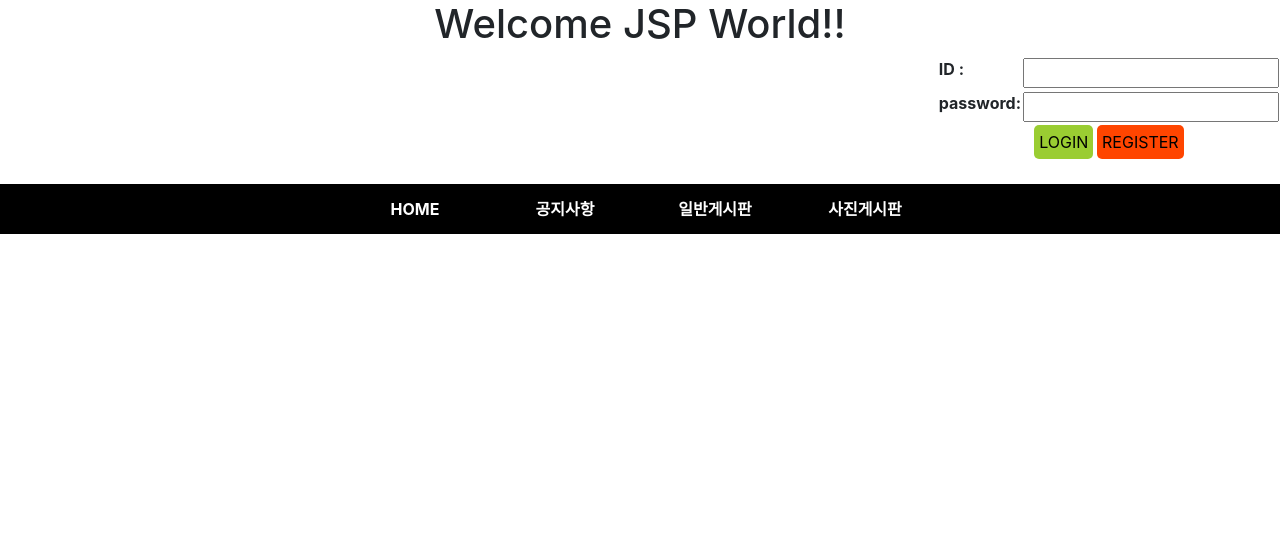
Repository: BrianH29/BH_webserver_workspace2
Page: http://localhost/jspProject/views/notice/noticeDetailView.jsp
These files come from the project's save history. The page is drawn as it stood at one moment and after the next save; the edit follows.
The browser window is 1280 px wide. The pictures show the whole page.
The page is served by Tomcat 9. Other server files are loaded and not shown.

Above is the page before, as saved 2020-09-08 04:57:10.

### jspProject/WebContent/views/notice/noticeDetailView.jsp
<%@ page language="java" contentType="text/html; charset=UTF-8"
    pageEncoding="UTF-8"%>
<!DOCTYPE html>
<html>
<head>
<meta charset="UTF-8">
<title>Insert title here</title>
</head>
<body>
	<%@ include file="../common/menubar.jsp" %>

</body>
</html>

### jspProject/WebContent/views/common/menubar.jsp
<%@ page language="java" contentType="text/html; charset=UTF-8"
	pageEncoding="UTF-8"%>
<%@page import="com.kh.member.model.vo.Member" %>
<%
	String contextPath = request.getContextPath();

	Member loginUser = (Member)session.getAttribute("loginUser");
	// 로그인 전 : null
	// 로그인 후 : 로그인 성공한 회원정보들이 담겨있는 객체

	String alertMsg = (String)session.getAttribute("alertMsg");
	// > 서비스 요청 전: null
	// > 서비스 요청 성공 후 : alert띄어줄 메시지 문구
%>
<!DOCTYPE html>
<html>
<head>
<meta charset="UTF-8">
<title>Insert title here</title>
<style>
#loginForm, #userInfo {
	float: right;
}

#loginForm button {
	border: none;
	padding: 5px;
	border-radius: 5px;
}

#loginForm button:first-child {
	background: yellowgreen;
}

#loginForm button:last-child {
	background: orangered;
}

#userInfo a {
	color: black;
	text-decoration: none;
	font-size: 12px;
}

.navWrap {
	background: black;
}

.menu {
	display: table-cell;
	height: 50px;
	width: 150px;
}

.menu a {
	text-decoration: none;
	color: white;
	font-weight: bold;
	font-size: 16px;
	display: block;
	width: 100%;
	height: 100%;
	line-height: 50px;
}

.menu a:hover{text-decoration:none; color:white;}
.menu:hover {
	background: darkgrey;
}
</style>
<link rel="stylesheet" href="https://maxcdn.bootstrapcdn.com/bootstrap/4.5.2/css/bootstrap.min.css">
    <script src="https://ajax.googleapis.com/ajax/libs/jquery/3.5.1/jquery.min.js"></script>
    <script src="https://cdnjs.cloudflare.com/ajax/libs/popper.js/1.16.0/umd/popper.min.js"></script>
    <script src="https://maxcdn.bootstrapcdn.com/bootstrap/4.5.2/js/bootstrap.min.js"></script>

<script>
	$(function(){
		var msg = "<%= alertMsg %>"; //자바스크립트 변수

		if(msg != "null"){ // msg가 담겨있을 경우
			alert(msg);
			//알람창 띄어준 후에 session에 담긴 메세지 지워야됨
			//안그러면 menubar.jsp가 포함되어있는 페이지 열때마나다 alert 계속뜰거임
			<% session.removeAttribute("alertMsg"); %>
		}
	});//e.function
</script>
</head>
<body>
	<h1 align="center">Welcome JSP World!!</h1>

	<div class="loginArea">

		<% if(loginUser == null) { %>

		<!-- 1. 로그인 전에 보여지는 로그인 form -->
		<form id="loginForm" action="<%=request.getContextPath() %>/login.me" method="post">
			<table>
				<tr>
					<th><label for="userId">ID : </label></th>
					<td><input type="text" id="userId" name="userId" required></td>
				</tr>
				<tr>
					<th><label for="userPwd">password:</label></th>
					<td><input type="password" id="userPwd" name="userPwd"
						required></td>
				</tr>
				<tr>
					<th colspan="2" style="text-align:center;">
						<button type="submit">LOGIN</button>
						<button type="button" onclick="enrollPage();">REGISTER</button>
					</th>
				</tr>
			</table>
		</form>
		<script>
			function enrollPage(){
				//location.href="/jsp/views/member/memberEnrollForm.jsp";
				// 웹 어플리케이션의 디렉토리 구조가 url에 노출되면 보안에 위험

				// 단순한 정적인 페이지 이동이라고 해도 반드시 servlet 거쳐갈것!! => url에	 서블릿 매핑값만 노출됨!
				location.href="<%=request.getContextPath()%>/enrollForm.me";

			}
		</script>
		<%} else { %>
		<!-- 2.로그인 성공 후 보여지는 div-->
        <div id="userInfo">
            <b><%=loginUser.getUserName() %>님</b>의 방문을 환영합니다. <br><br>

            <div align="center">
                <a href="<%= contextPath %>/myPage.me">MyPage</a>
                <a href="<%=request.getContextPath() %>/logout.me">Logout</a>
            </div>
        </div>
		<%} %>

	</div> <!-- e.loginArea -->

	<br clear="both">
	<!-- 위 내용들 무시-->
	<br>

	<div class="navWrap" align="center">
		<div class="menu">
			<a href="<%= contextPath%>">HOME</a>
		</div>
		<div class="menu">
			<a href="<%= contextPath %>/list.no">공지사항</a>
		</div>
		<div class="menu">
			<a href="<%= contextPath%>/list.bo?currentPage=1">일반게시판</a>
		</div>
		<div class="menu">
			<a href="<%=contextPath%>/list.th">사진게시판</a>
		</div>
	</div>
</body>
</html>

After the next save:
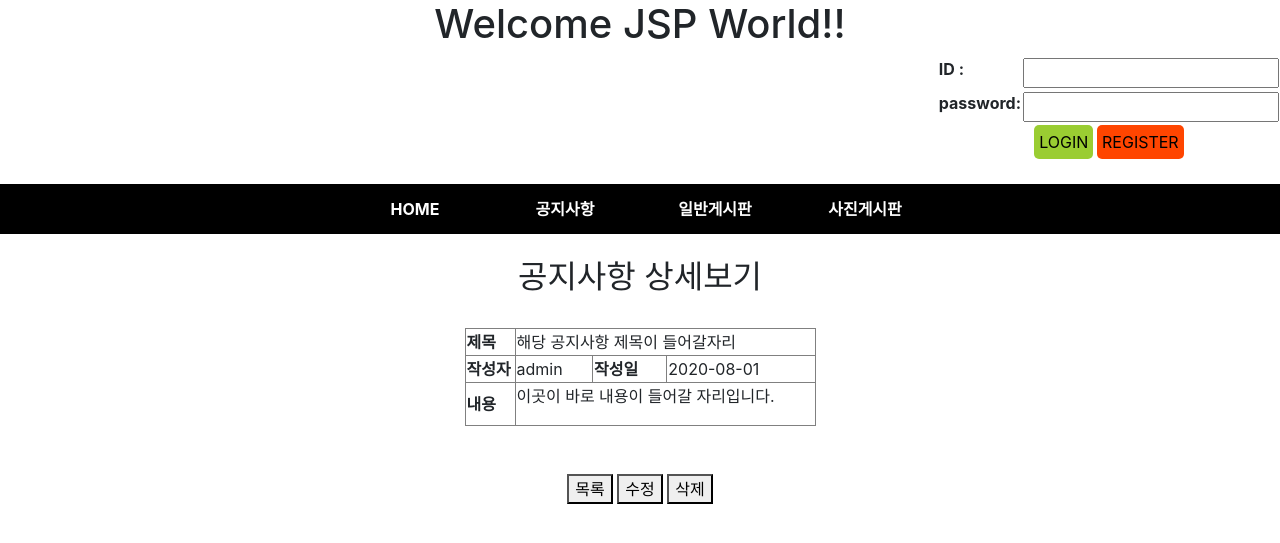
Saved 33 s later.
--- a/jspProject/WebContent/views/notice/noticeDetailView.jsp
+++ b/jspProject/WebContent/views/notice/noticeDetailView.jsp
@@ -9,5 +9,39 @@
 <body>
 	<%@ include file="../common/menubar.jsp" %>
 
+	  <div class="outer">
+        <br>
+        <h2 align="center">공지사항 상세보기</h2>
+        <br>
+        <table align="center" border="1" id="detailArea">
+            <tr>
+                <th width="50">제목</th>
+                <td colspan="3" width="300px">해당 공지사항 제목이 들어갈자리</td>
+            </tr>
+            <tr>
+                <th>작성자</th>
+                <td>admin</td>
+                <th>작성일</th>
+                <td>2020-08-01</td>
+            </tr>
+            <tr>
+                <th>내용</th>
+                <td colspan="3">
+                    <p>이곳이 바로 내용이 들어갈 자리입니다.</p>
+                </td>
+            </tr>
+        </table>
+        <br><br>
+        <div align="center">
+            <button>목록</button>
+
+            <!--현재 로그인 사용자가 해당 글을 작성한 작서자일 경우 -->
+            <button>수정</button>
+            <button>삭제</button>
+        </div>
+
+
+    </div>
+
 </body>
 </html>
